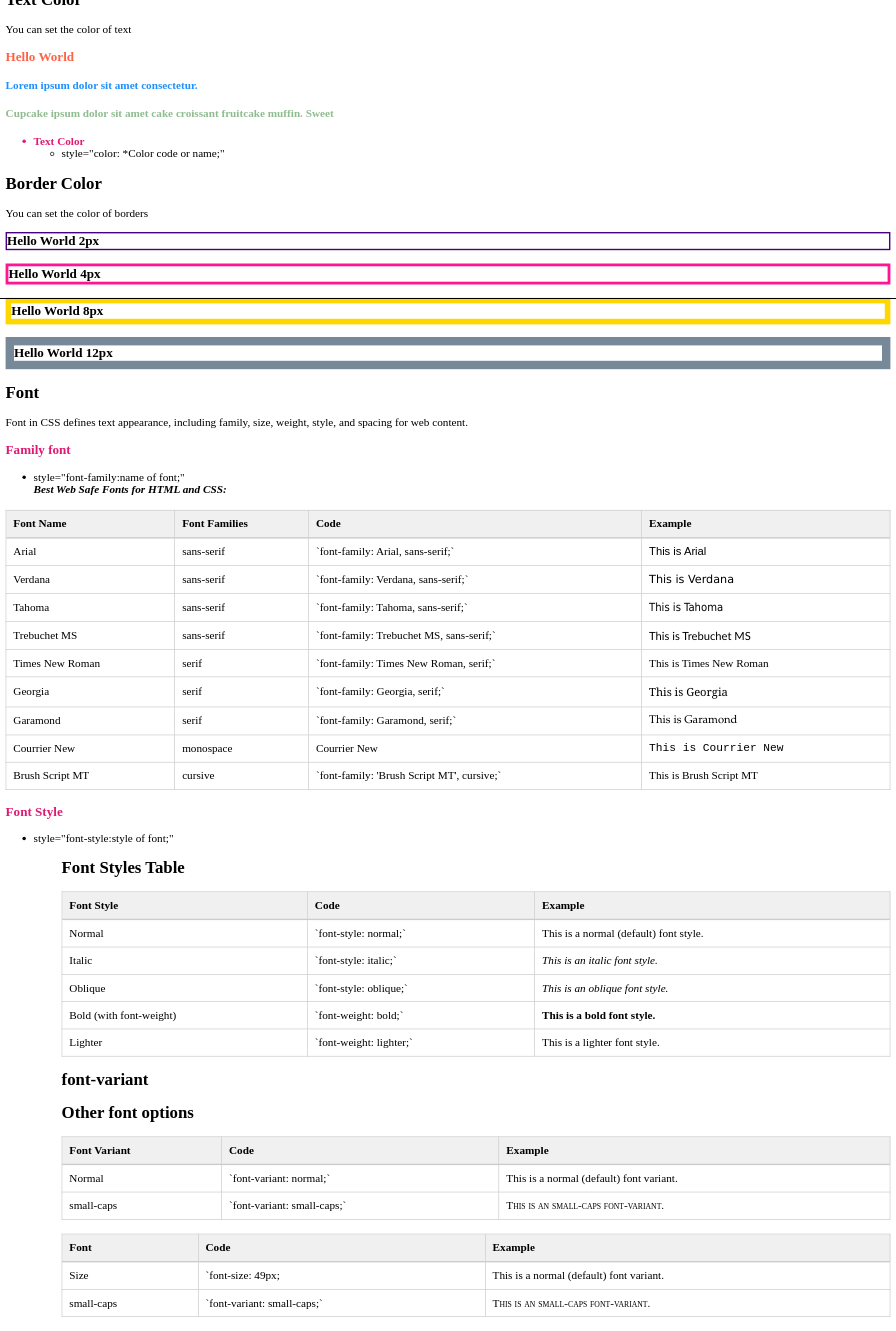
Repository: AnnaSpirit/2025_
Page: Bases/OK/HTML_Text_Formatting.html
The author's editor kept a copy of each file at every save. The page is drawn from the files as they stood at one save, then again after the next save.
The browser window is 1280 px wide. The pictures show the part of the page from y = 2479 to 4399 px (the page is 4381 px tall before and 4399 px after), at 70% of full size.

Above is the page before, as saved 2025-01-09 16:48:37.

After the next save:
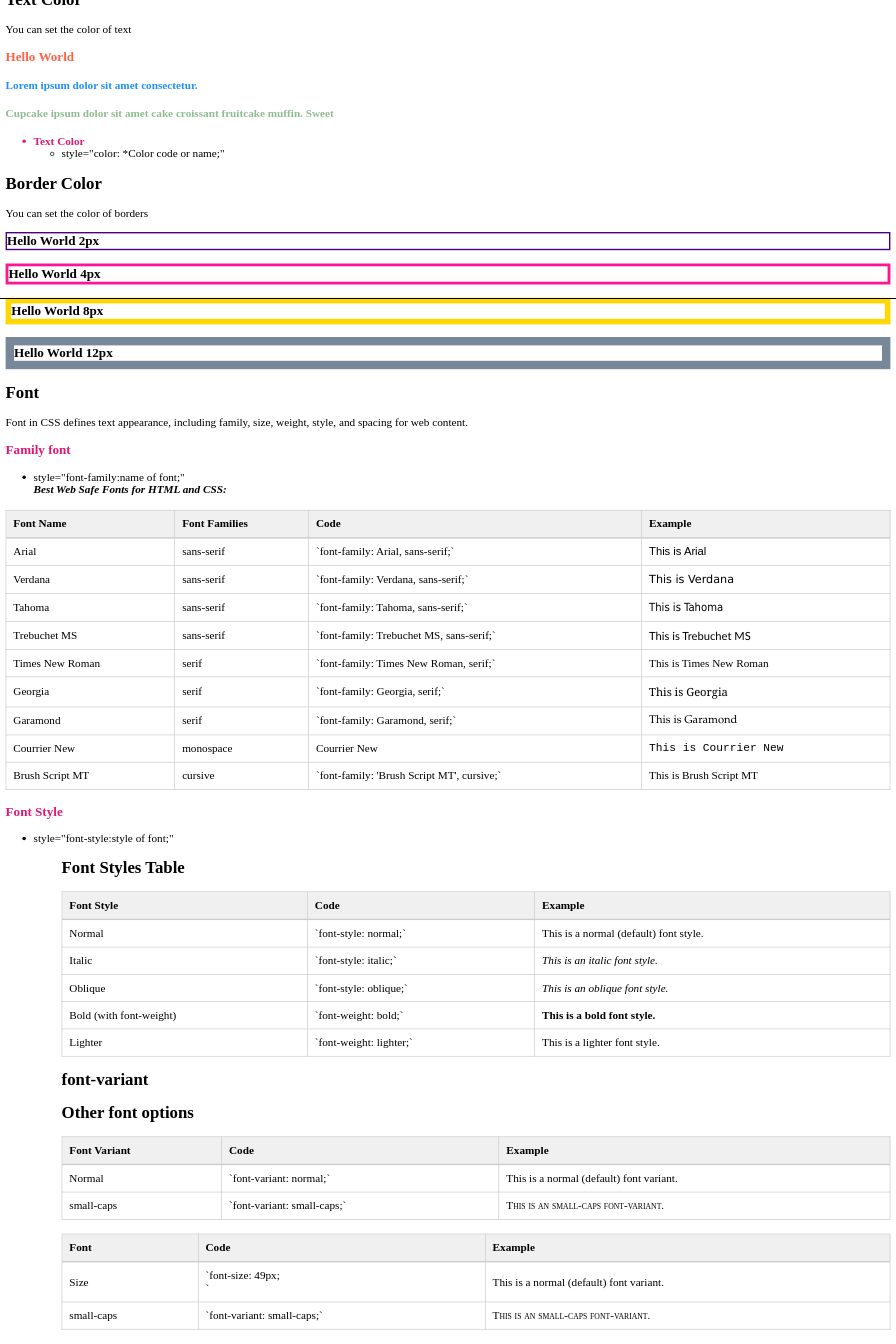
Saved 5 s later.
--- a/Bases/OK/HTML_Text_Formatting.html
+++ b/Bases/OK/HTML_Text_Formatting.html
@@ -367,7 +367,7 @@
     <tbody>
         <tr>
             <td style="padding: 10px; border: 1px solid #ccc;">Size</td>
-            <td style="padding: 10px; border: 1px solid #ccc;">`font-size: 49px;<br`</td>
+            <td style="padding: 10px; border: 1px solid #ccc;">`font-size: 49px;<br>`</td>
             <td style="padding: 10px; border: 1px solid #ccc; font-variant: normal;">This is a normal (default) font
                 variant.</td>
         </tr>
